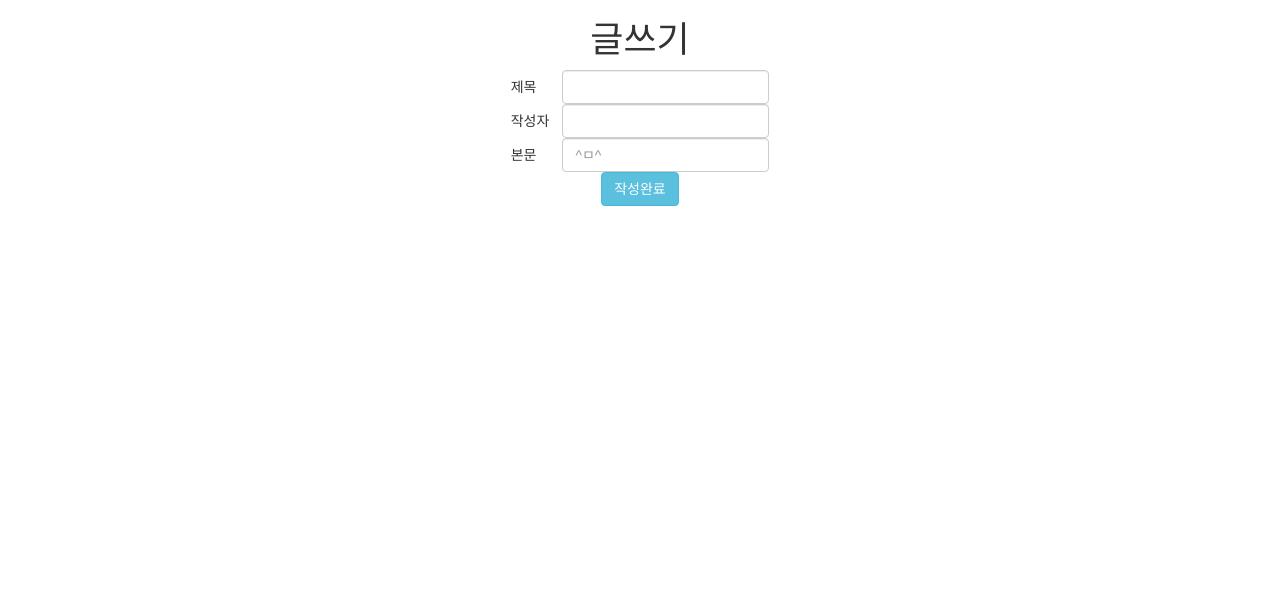
Repository: juhee1020/studying
Page: http://localhost/jsp_board/boardinsertForm.jsp
These files come from the project's save history. The page is drawn as it stood at one moment and after the next save; the edit follows.
The browser window is 1280 px wide. The pictures show the whole page.
The page is served by Tomcat 9.

Above is the page before, as saved 2022-12-15 08:13:59.

After the next save:
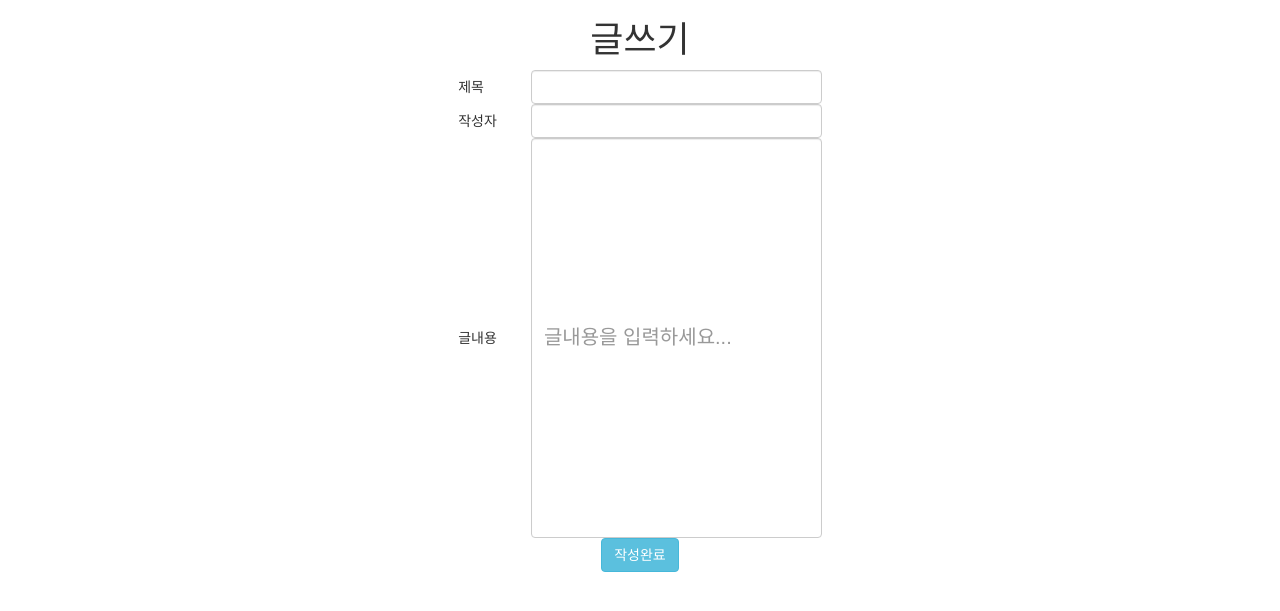
Saved 36 s later.
--- a/JSP/jsp_board/WebContent/boardinsertForm.jsp
+++ b/JSP/jsp_board/WebContent/boardinsertForm.jsp
@@ -22,10 +22,10 @@
 					<td>작성자</td>
 					<td><input type="text" name="writer" class="form-control"></td>
 				</tr>
-				<tr>
-					<td>본문</td>
-					<td><input type="text" name="content" class="form-control" placeholder="^ㅁ^" height="500px"></td>
-				</tr>
+				<tr width="20%" height="100px">
+               <td width="20%" height="400px">글내용</td>
+               <td><input type="text" name="content" class="form-control" placeholder="글내용을 입력하세요..." style="width:100%; height:400px; font-size:20px;"></td>
+            </tr>
 			</table>
 			<input type="submit" class="btn btn-info mt-sm-2" value="작성완료"/>
 		</form>
